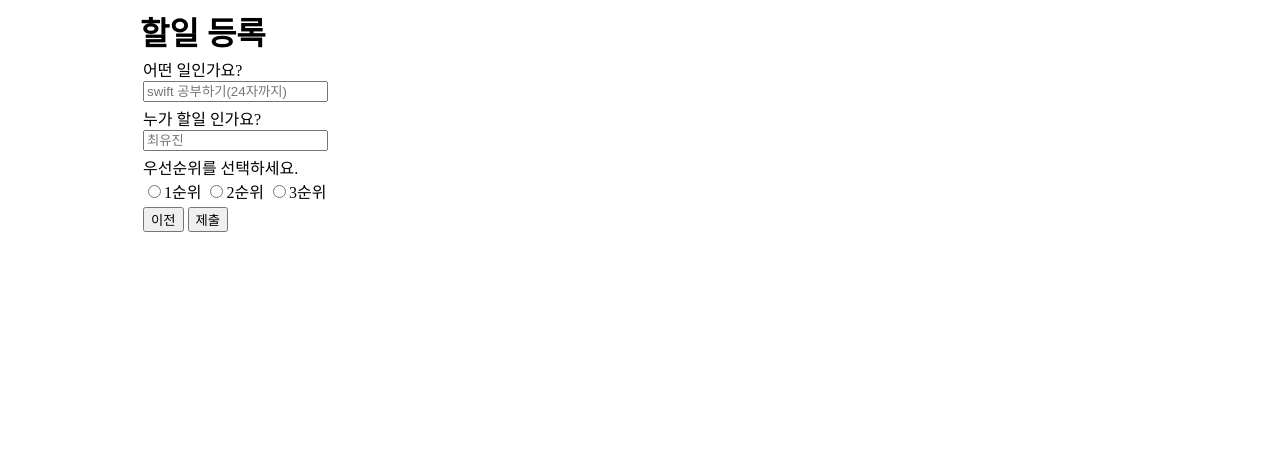
Repository: estellechoi/jsp-project-todo
Page: http://localhost/todo/jsp/form.jsp
The author's editor kept a copy of each file at every save. The page is drawn from the files as they stood at one save, then again after the next save.
The browser window is 1280 px wide. The pictures show the whole page.
The page is served by Tomcat 9. Other server files are loaded and not shown.

Above is the page before, as saved 2019-12-08 06:54:19.

### todo/src/main/webapp/jsp/form.jsp
<%@ page language="java" contentType="text/html; charset=UTF-8"
    pageEncoding="UTF-8"%>
<!DOCTYPE html>
<html>
<head>
<meta charset="UTF-8">
<title>Insert title here</title>
<style>
	table, h1 {
		width: 1000px;
		margin: auto;
	}
</style>
</head>
<body>
	<h1>할일 등록</h1>
	<form action="TodoAddServlet" method="post">
		<table>
			<tr>
				<td>
					<span>어떤 일인가요?</span> <br />
					<input type="text" name="title" placeholder="swift 공부하기(24자까지)" />
				</td>
			</tr>
			<tr>
				<td>
					<span>누가 할일 인가요?</span> <br />
					<input type="text" name="name" placeholder="최유진" />
				</td>
			</tr>
			<tr>
				<td>
					<span>우선순위를 선택하세요.</span> <br />
					<input type="radio" name="sequence" value="1" />1순위
					<input type="radio" name="sequence" value="2" />2순위
					<input type="radio" name="sequence" value="3" />3순위
				</td>
			</tr>
			<tr>
				<td>
					<input type="button" value="이전" />
					<input type="submit" value="제출" />
				</td>
			</tr>
		</table>
	</form>
</body>
</html>

After the next save:
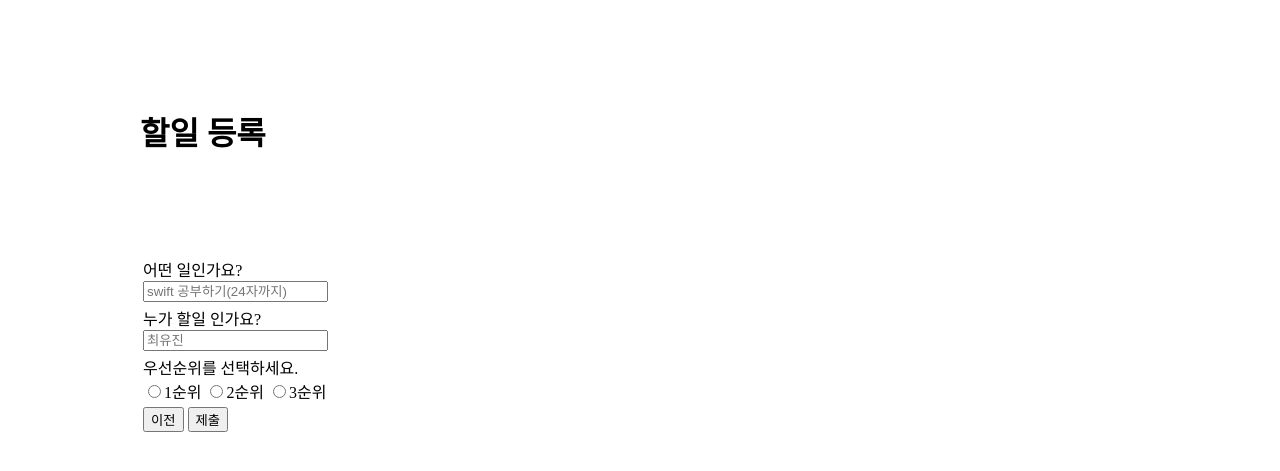
Saved 26 s later.
--- a/todo/src/main/webapp/jsp/form.jsp
+++ b/todo/src/main/webapp/jsp/form.jsp
@@ -9,6 +9,11 @@
 	table, h1 {
 		width: 1000px;
 		margin: auto;
+	}
+
+	h1 {
+		padding-top: 100px;
+		padding-bottom: 100px;
 	}
 </style>
 </head>
